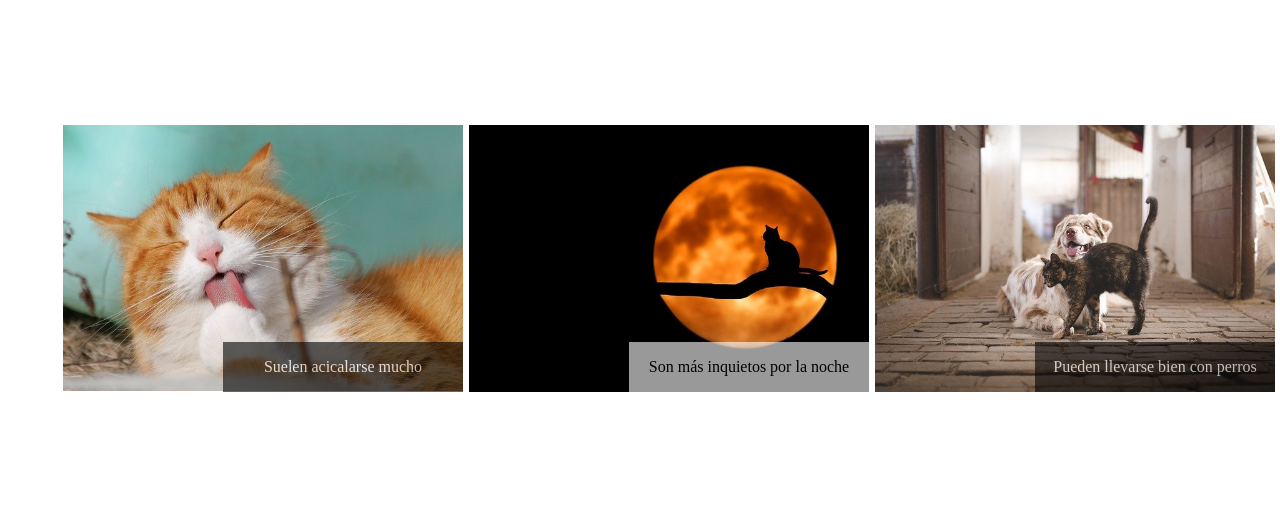
Repository: ScoggoDev/DesarrolloWeb
Page: tarea en equipo 1/tep3/vidadegatos/index.html
An editor plug-in stored every save of this project. The page is shown before and after the next save, followed by the edit.
The browser window is 1280 px wide. The pictures show the part of the page from y = 194 to 1087 px (the page is 720 px tall before and 1087 px after).
Backgrounds fixed to the window are drawn as part of the page.

Above is the page before, as saved 2021-07-14 21:04:11.

### tarea en equipo 1/tep3/vidadegatos/index.html
<!DOCTYPE html>
<html lang="en">
<head>
    <meta charset="UTF-8">
    <meta http-equiv="X-UA-Compatible" content="IE=edge">
    <meta name="viewport" content="width=device-width, initial-scale=1.0">
    <title>Vida de gatos</title>
    <link rel="stylesheet" href="css/estilos.css">

</head>
<body>
    <div class="encabezado">
        <h1 class="titulo">Vida de gatos</h1>
    </div>
    <div class="medio">
        <div class="contenedor-img">
            <img class = "foto" src="images/medio1.jpg" alt="">
            <div class="text-block">

                <p>Suelen acicalarse mucho</p>
              </div>
        </div>

        <div class="contenedor-img">
            <img class = "foto" src="images/medio3.jpg" alt="">
            <div class="text-block-different text-block">

                <p>Son más inquietos por la noche</p>
              </div>

        </div>
        <div class="contenedor-img">
            <img class = "foto" src="images/medio2.jpg" alt="">
            <div class="text-block">

                <p>Pueden llevarse bien con perros</p>
              </div>
        </div>



    </div>

</body>
</html>

### tarea en equipo 1/tep3/vidadegatos/css/estilos.css

.encabezado{
    background-image: url(images/cat1.jpg);
    background-position: center center;
    background-repeat: no-repeat;
    background-attachment: fixed;
    background-size: cover;
}
body{
    margin: 0px;
}
.titulo{
    text-align: center;
    color: aliceblue;
    font-size: 80pt;
    /*completar*/
}

.foto{
    max-width:400px;
}

.medio{
    display: block;
    padding-top: 50px;
    display: flex;
    margin-left: 60px;
    margin-right: 60px;
}

.contenedor-img{
    position: relative;
    margin: 3px;
}

.text-block {
    position: absolute;
    left: 40%;
    top: 80%;
    text-align: center;
    width: 60%;
    color: white;
    background-color: black;
    opacity: 0.6;
}
.text-block-different{
    background-color:white;
    color:black;
    opacity: 0.6;
}

After the next save:
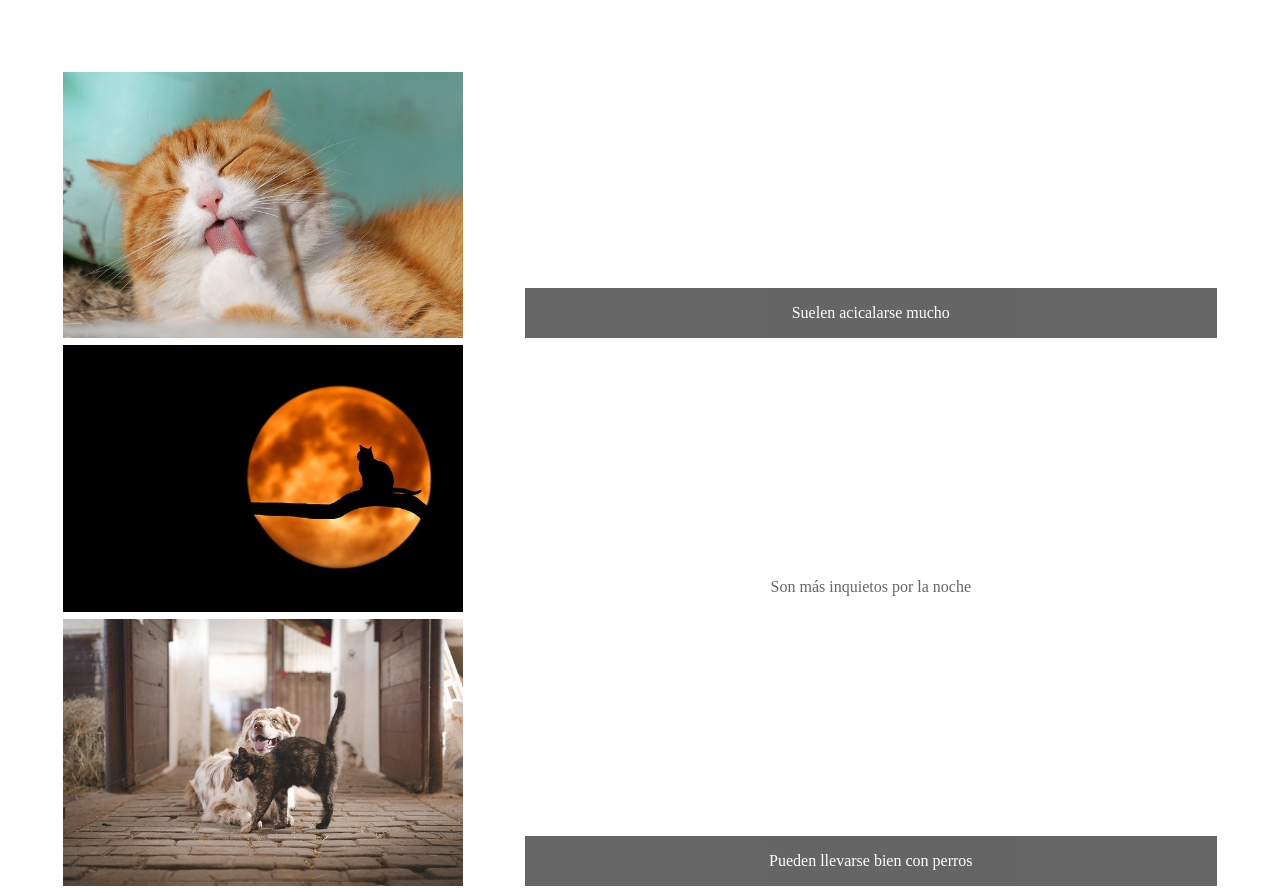
Saved 17 s later.
--- a/tarea en equipo 1/tep3/vidadegatos/css/estilos.css
+++ b/tarea en equipo 1/tep3/vidadegatos/css/estilos.css
@@ -21,9 +21,6 @@
 }
 
 .medio{
-    display: block;
-    padding-top: 50px;
-    display: flex;
     margin-left: 60px;
     margin-right: 60px;
 }

After the save that followed:
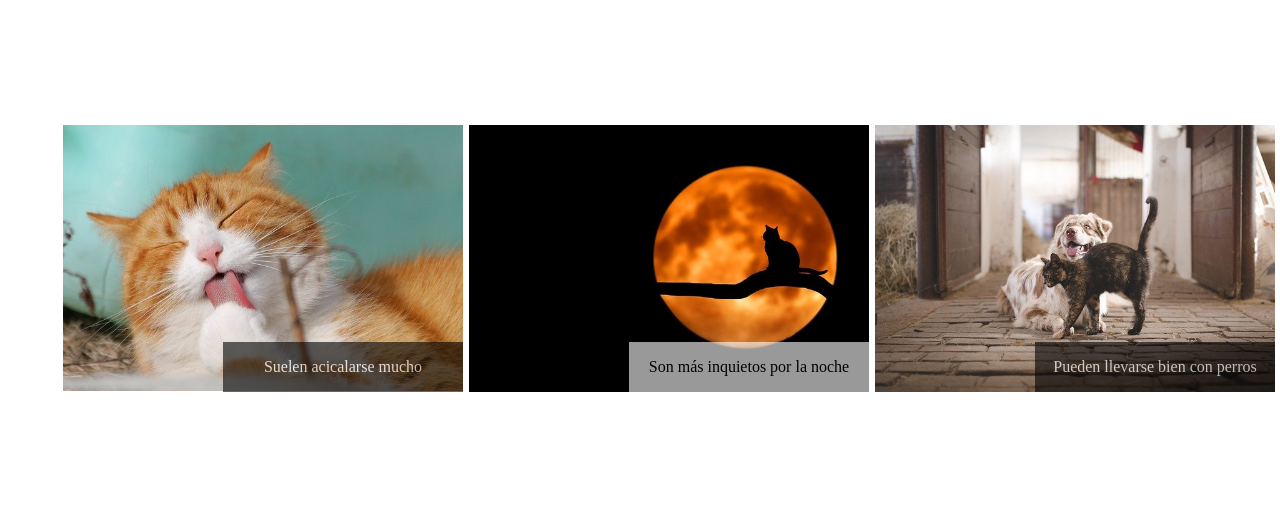
Saved 5 s later.
--- a/tarea en equipo 1/tep3/vidadegatos/css/estilos.css
+++ b/tarea en equipo 1/tep3/vidadegatos/css/estilos.css
@@ -21,6 +21,9 @@
 }
 
 .medio{
+    display: block;
+    padding-top: 50px;
+    display: flex;
     margin-left: 60px;
     margin-right: 60px;
 }
